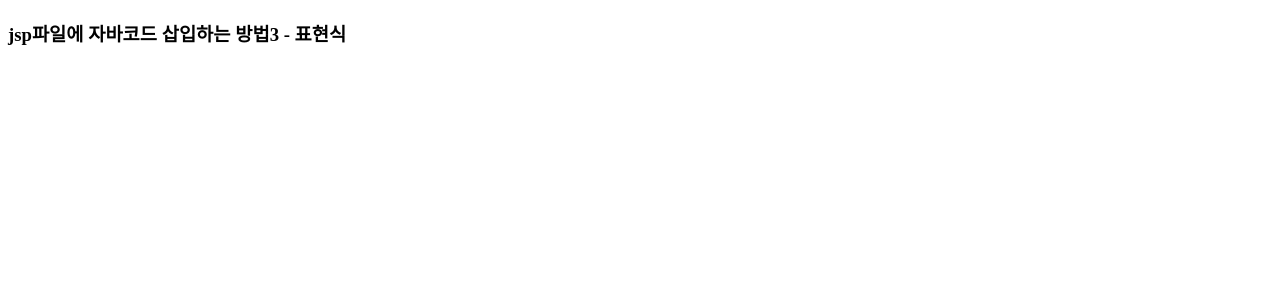
Repository: leehojun95/HJ-Developer
Page: http://localhost/webShop/sec12/hello3.jsp
An editor plug-in stored every save of this project. The page is shown before and after the next save, followed by the edit.
The browser window is 1280 px wide. The pictures show the whole page.
The page is served by Tomcat 9.

Above is the page before, as saved 2024-04-24 03:16:52.

After the next save:
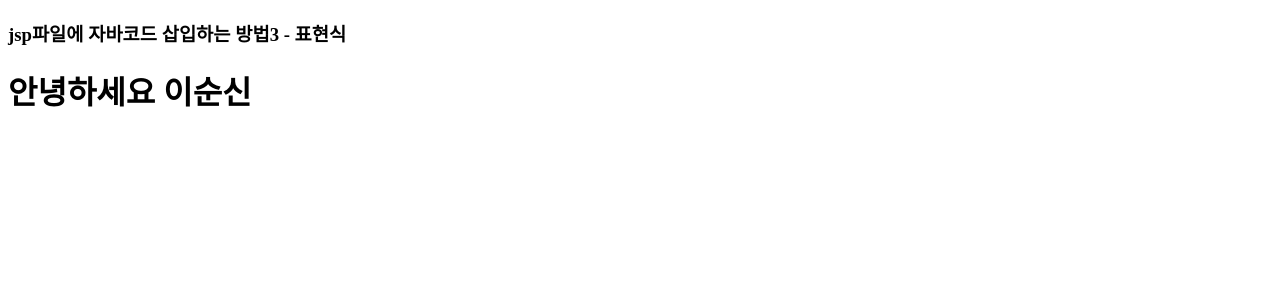
Saved 112 s later.
--- a/webShop/src/main/webapp/sec12/hello3.jsp
+++ b/webShop/src/main/webapp/sec12/hello3.jsp
@@ -7,6 +7,10 @@
     	String name ="이순신";
     	public String getName() {return name;}
     %>
+    <%
+    //스크립트 릿(Script let) : _jspService()메서드안에 코드가 삽입된다.
+    	String age = request.getParameter("age");
+    %>
 <!DOCTYPE html>
 <html>
 <head>
@@ -15,5 +19,6 @@
 </head>
 <body>
 	<h3>jsp파일에 자바코드 삽입하는 방법3 - 표현식</h3>
+	<h1>안녕하세요 <%=name %></h1>
 </body>
 </html>
